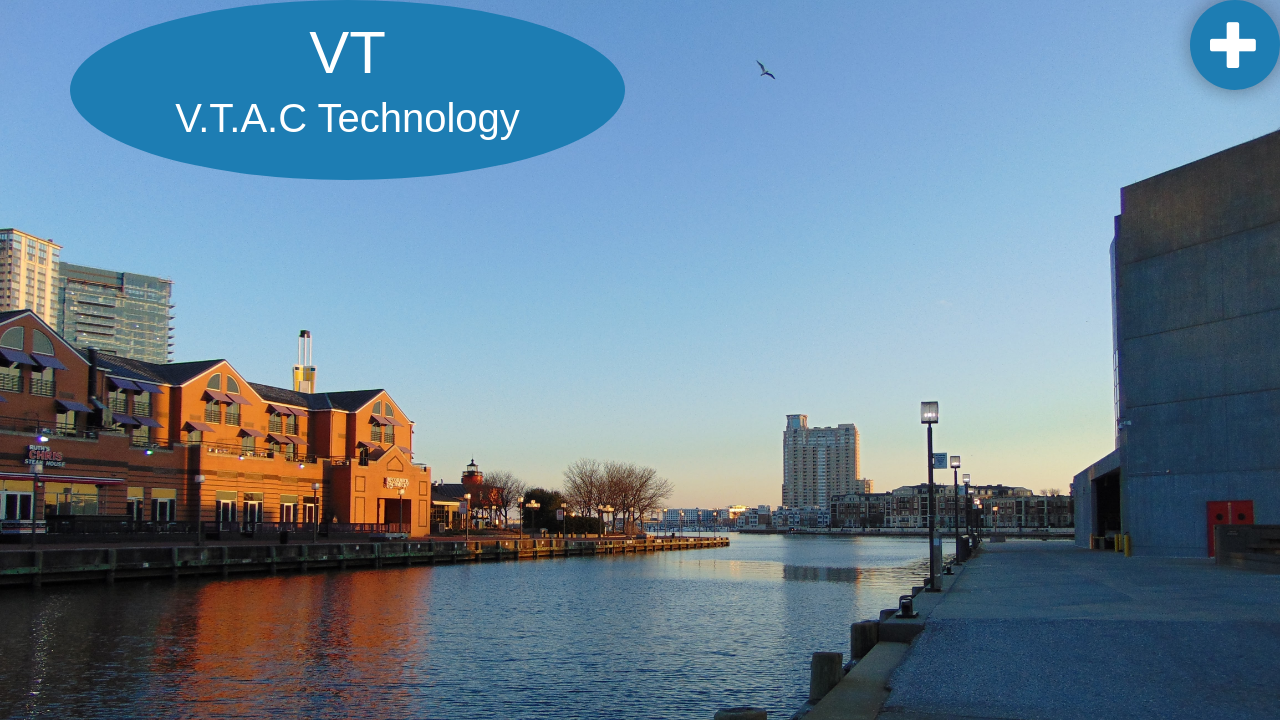
Repository: danidark9312/vtac
Page: http://localhost/vtacTechnology/
An editor plug-in stored every save of this project. The page is shown before and after the next save, followed by the edit.
The browser window is 1280 px wide. The pictures show the whole page.
The pointer rests on the first visible `.floatingMenu`.
The page is served by Tomcat 9.

Above is the page before, as saved 2017-01-30 18:05:15.
Console error (its wording comes from the project's code and is left out).

### vtacTechnology/WebContent/index.jsp
<%@ page language="java" contentType="text/html; charset=ISO-8859-1"
    pageEncoding="ISO-8859-1"%>
<!DOCTYPE html PUBLIC "-//W3C//DTD HTML 4.01 Transitional//EN" "http://www.w3.org/TR/html4/loose.dtd">
<html>
<head>
	<meta http-equiv="Content-Type" content="text/html; charset=ISO-8859-1">
	<title>VTAC Tehnology</title>

	<link href="bootstrap/css/bootstrap.min.css" rel="stylesheet">
 	<script src="bootstrap/js/bootstrap.min.js"> </script>
 	<script src="jquery/jquery.min.js" ></script>
 	<script src="js/menu.js" ></script>

 	<link href="css/common.css" rel="stylesheet" />

</head>
<body>
<div class="menuContainer">
<div class="floatingMenu" onclick="openMenu()">
 <span class="glyphicon glyphicon-plus" aria-hidden="true"></span>
</div>
	<div class="optionGroup">
		<div class="option">Services</div>
		<div class="option">Portfolio</div>
		<div class="option">Contact</div>
	</div>

</div>
	<div class="container">
		<div class="row">
			<div class="col-md-6">
				<div class="mainLogo">
					<h1>VT</h1>
					<h2>V.T.A.C Technology</h2>
					<br/>
				</div>
			</div>
		</div>
	</div>


</body>
</html>

### vtacTechnology/WebContent/js/menu.js
/**
 *
 */

$(document).ready(function(){
// function for the floating button when cursor leave the button, must hide all options
})

function openMenu(){
	$(".optionGroup .option").toggleClass("shown");
}

### vtacTechnology/WebContent/css/common.css

@CHARSET "ISO-8859-1";


:root {
  --main-color: #1d7db3;
  --main-color-highlighted: #e8a05d;
}

*{
	font-family: "Comic Sans MS", cursive, sans-serif;
}

.menuContainer{
	position : fixed;
	right: 0px;
	top: 0px;
}

.floatingMenu{
	    background-color: var(--main-color);
    color: white;
    width: 90px;
    height: 90px;
    text-align: center;
    padding: 18px;
    border-radius: 100%;
    box-shadow: 0px 0px 5px 4px rgba(0, 0, 0, 0.18), 0px 4px 12px -7px rgba(0, 0, 0, 0.15);

    -webkit-transition: all .1s ease-out;
    position: absolute;
    right: -20px;
    top: -20px;
    cursor: pointer;
}


.menuContainer .optionGroup{
	        padding: 5px 0;
	        margin-top: 12px;
    font-size: 23px;
    position: absolute;
    top: 70px;
    right: 0px;;
}

.floatingMenu:hover{
	right: 0px;
	top: 0px;
	box-shadow: 0px 0px 14px 6px rgba(0, 0, 0, 0.18), 0px 4px 12px -7px rgba(0, 0, 0, 0.15);
}

.floatingMenu span{
	font-size: 50px;
}

.menuContainer .option{
	    padding: 5px 10px;
    font-size: 23px;
    background: var(--main-color);;
    color: white;
    border-top-left-radius: 20px;
    border-bottom-left-radius: 20px;
    box-shadow: 0px 5px 11px -2px rgba(0, 0, 0, 0.18), 0px 4px 12px -7px rgba(0, 0, 0, 0.15);
    -webkit-transition: all .2s ease-out;
    opacity: 0;
    cursor: pointer;
}
.menuContainer .option:hover{
    background-color: var(--main-color-highlighted);
}

.menuContainer .option.shown{
	opacity: 1;
	margin-top: 5px;
}




body {
	background: #ffffff url("../img/background2.jpg") no-repeat right top;
	background-size: cover;
}

.mainLogo{
	    text-align: center;
    padding: 10px;
    background-color: var(--main-color);
    color: white;
    border-radius: 50%;
}

.mainLogo h1{
	font-size: 60px;
	margin-top: 10px;
}

.mainLogo h2{
	font-size: 40px;
	margin-top: 0px;
}

Loaded but not shown: vtacTechnology/WebContent/bootstrap/css/bootstrap.min.css (library); vtacTechnology/WebContent/bootstrap/js/bootstrap.min.js (library); vtacTechnology/WebContent/jquery/jquery.min.js (library)

After the next save:
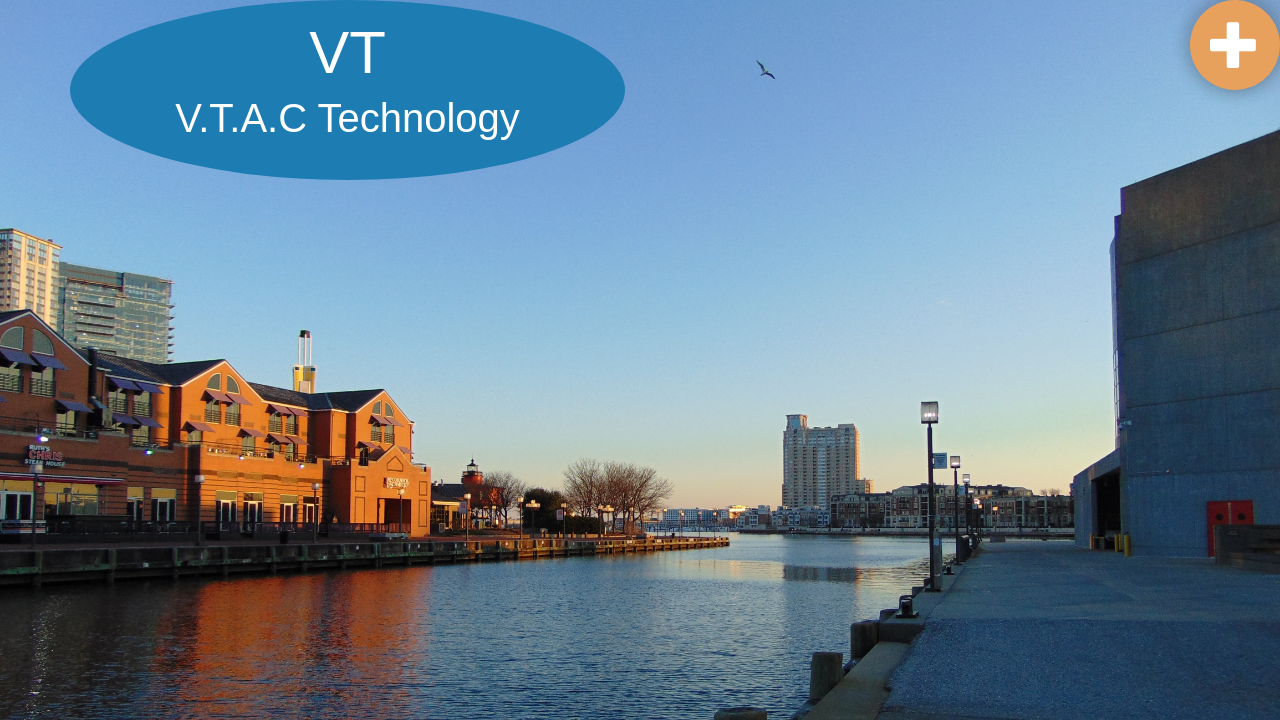
Saved 33 s later.
--- a/vtacTechnology/WebContent/css/common.css
+++ b/vtacTechnology/WebContent/css/common.css
@@ -47,6 +47,7 @@
 .floatingMenu:hover{
 	right: 0px;
 	top: 0px;
+	background-color: var(--main-color-highlighted);
 	box-shadow: 0px 0px 14px 6px rgba(0, 0, 0, 0.18), 0px 4px 12px -7px rgba(0, 0, 0, 0.15);
 }
 
